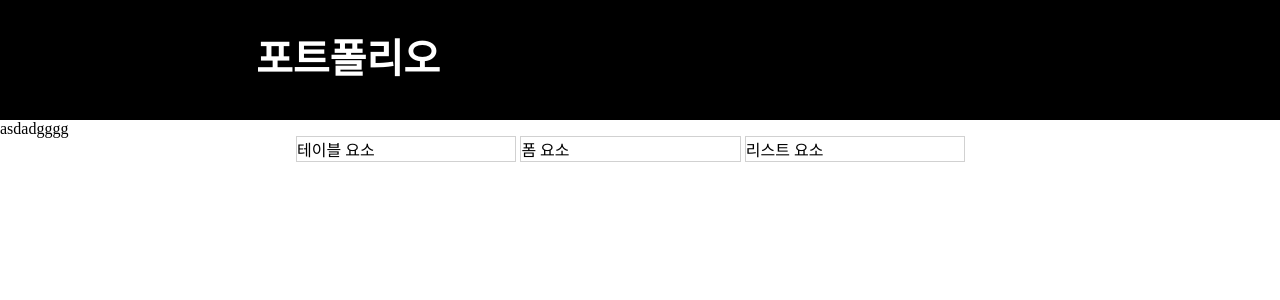
Repository: ItChoi/CSS-Study
Page: Css/WebContent/html/boostcourse/project-A1/portfolio.html
An editor plug-in stored every save of this project. The page is shown before and after the next save, followed by the edit.
The browser window is 1280 px wide. The pictures show the whole page.

Above is the page before, as saved 2019-06-18 10:02:45.

After the next save:
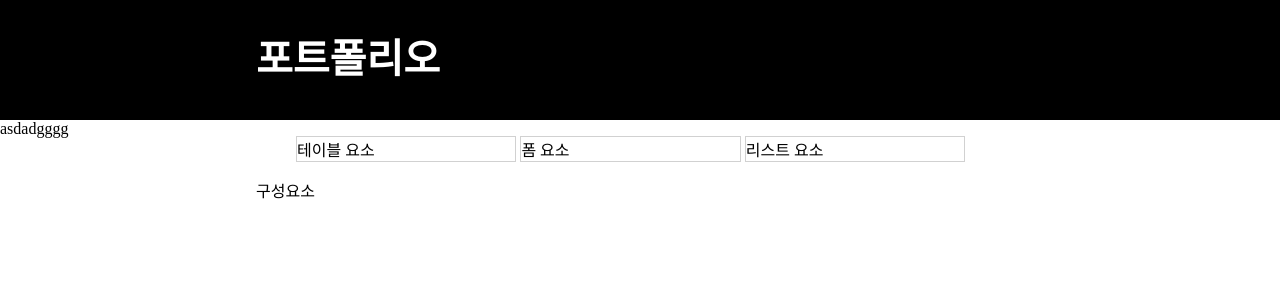
Saved 31 s later.
--- a/Css/WebContent/html/boostcourse/project-A1/portfolio.html
+++ b/Css/WebContent/html/boostcourse/project-A1/portfolio.html
@@ -28,7 +28,7 @@
 				</div>
 
 				<div class="element">
-
+					<p class="">구성요소</p>
 
 
 				</div>
